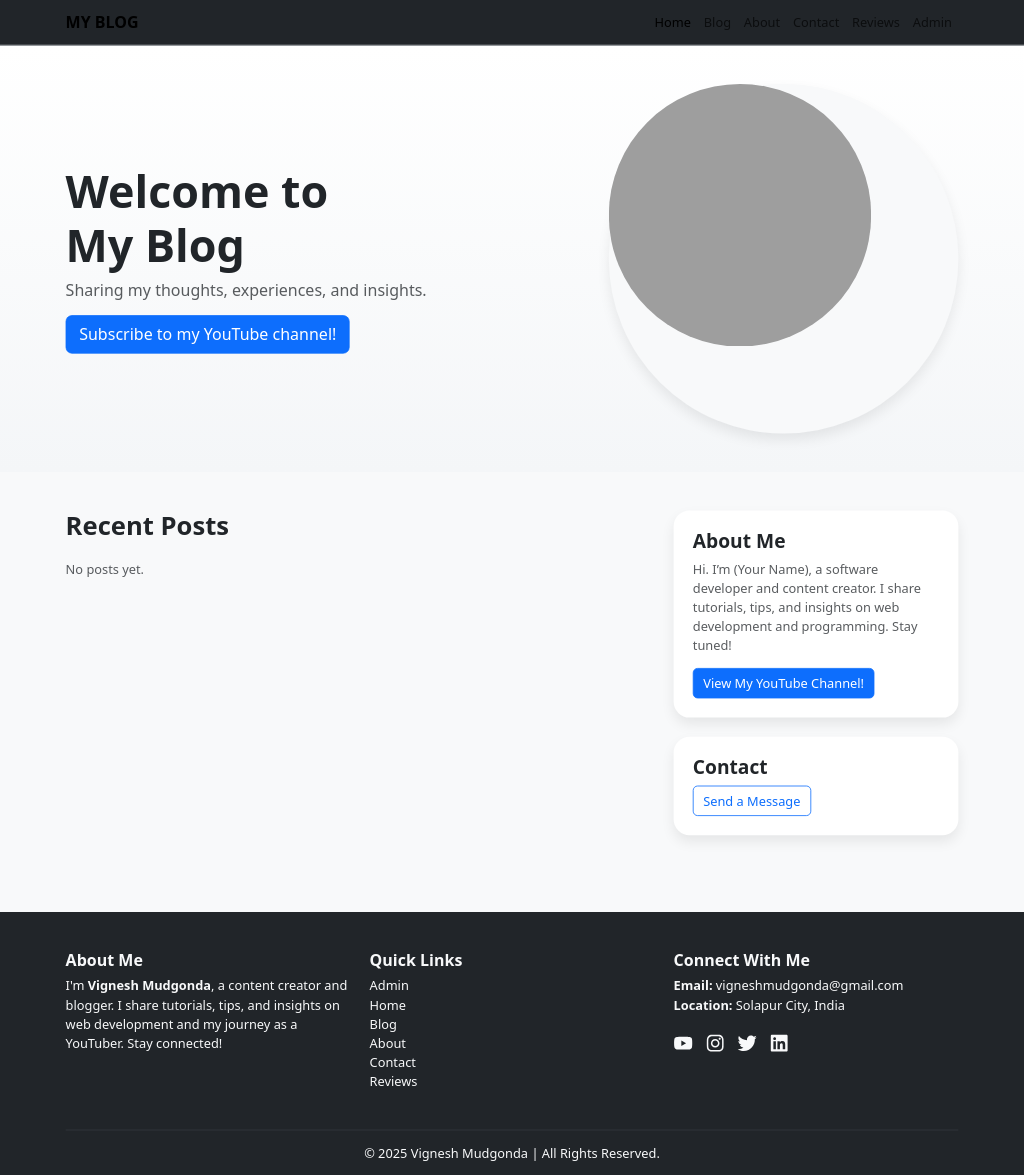
Repository: vigneshmudgonda/Blog2
Page: / (app in blog-frontend-full/)
These files come from the project's save history. The page is drawn as it stood at one moment and after the next save; the edit follows.
The browser window is 1280 px wide. The pictures show the whole page, at 80% of full size.
Pictures or frames that could not be fetched are drawn as grey boxes. The page's requests for data from a server got no answer. The project was rebuilt for these pictures with package versions that can differ from the ones it lists, and the page was loaded fresh each time. No one was signed in, and anything a server would have sent is missing. Also part of the build but not shown: blog-frontend-full/src/pages/BlogList.js, blog-frontend-full/src/pages/BlogDetail.js, blog-frontend-full/src/pages/Reviews.js, blog-frontend-full/src/pages/Contact.js, blog-frontend-full/src/pages/About.js, blog-frontend-full/src/pages/AdminLogin.js.

Above is the page before, as saved 2025-08-19 19:35:13.

After the next save:
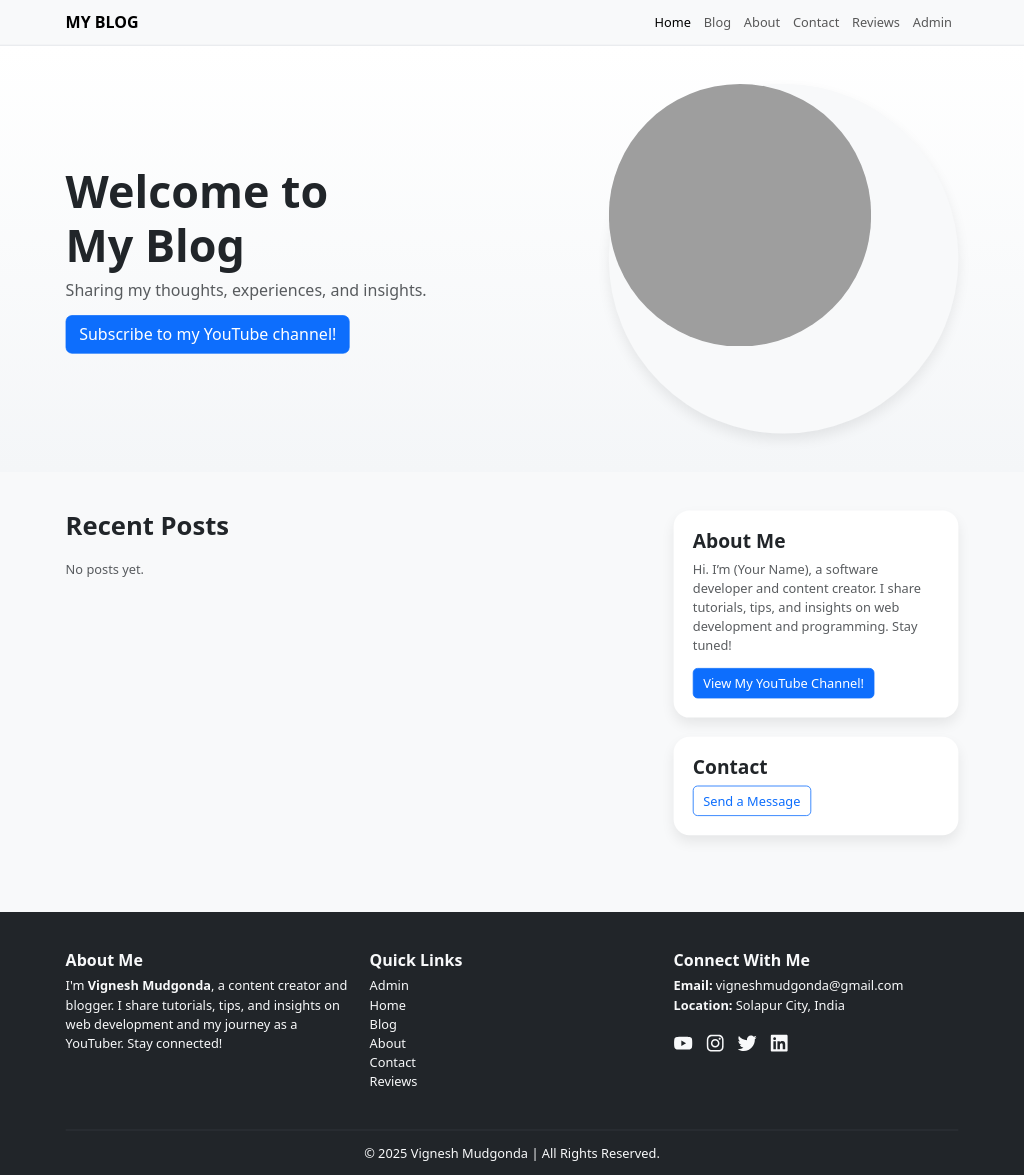
Saved 26 s later.
--- a/blog-frontend-full/src/components/Navbar.js
+++ b/blog-frontend-full/src/components/Navbar.js
@@ -3,14 +3,14 @@ import { Link, NavLink } from 'react-router-dom';
 
 export default function Navbar(){
   return (
-    <nav className="navbar navbar-expand-lg bg-dark border-bottom sticky-top">
+    <nav className="navbar navbar-expand-lg bg- border-bottom sticky-top">
       <div className="container">
         <Link className="navbar-brand fw-bold" to="/">MY BLOG</Link>
         <button className="navbar-toggler" type="button" data-bs-toggle="collapse" data-bs-target="#nav">
           <span className="navbar-toggler-icon"></span>
         </button>
         <div id="nav" className="collapse navbar-collapse ">
-          <ul className="navbar-nav ms-auto text-light">
+          <ul className="navbar-nav ms-auto">
             <li className="nav-item"><NavLink end className="nav-link" to="/">Home</NavLink></li>
             <li className="nav-item"><NavLink className="nav-link" to="/blog">Blog</NavLink></li>
             <li className="nav-item"><NavLink className="nav-link" to="/about">About</NavLink></li>
